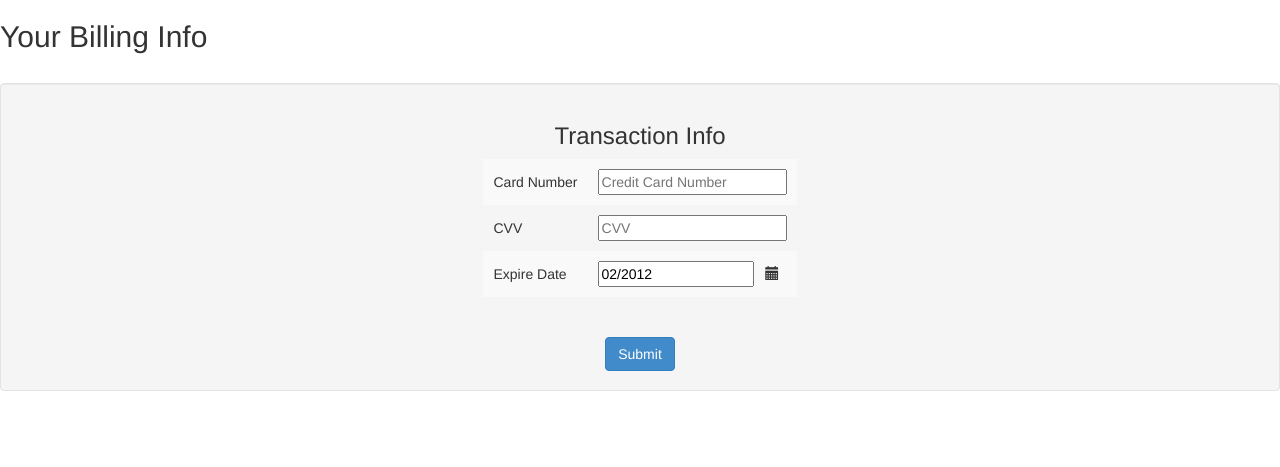
Repository: harshadrane89/CMPE273-WebService-AirlineManagement
Page: http://localhost/AirlineManagementSystemClient/TwitterGUI/TransactionInfo.jsp
An editor plug-in stored every save of this project. The page is shown before and after a run of saves, followed by the edit.
The browser window is 1280 px wide. The pictures show the whole page.
The page is served by Tomcat 9.

Above is the page before, as saved 2013-12-07 08:29:44.

After the next 2 saves:
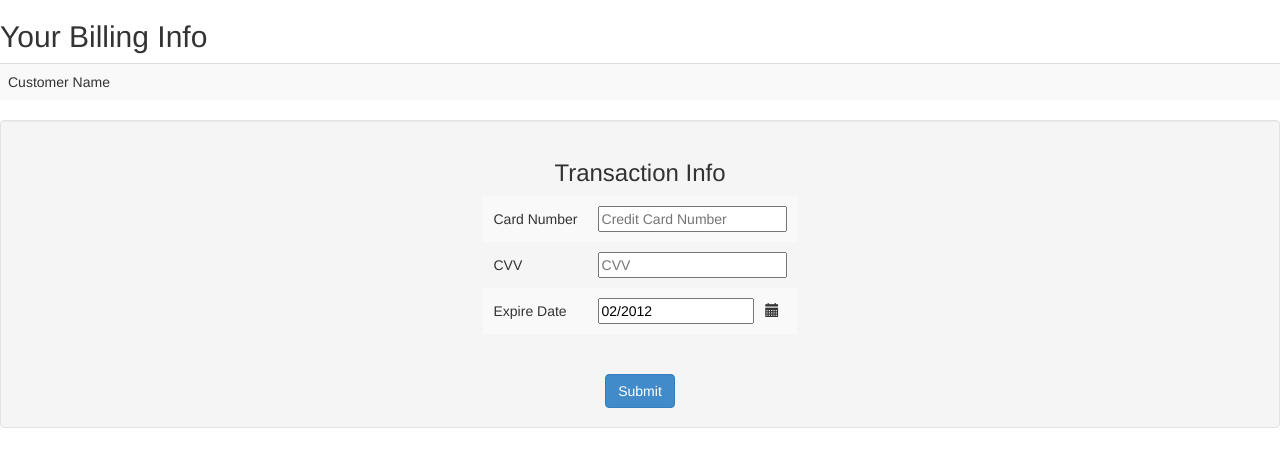
The 2 saves are shown as one change because they came seconds apart.
The last was saved 23 s later.
--- a/273_Project_Tomcat/AirlineManagementSystemClient/WebContent/TwitterGUI/TransactionInfo.jsp
+++ b/273_Project_Tomcat/AirlineManagementSystemClient/WebContent/TwitterGUI/TransactionInfo.jsp
@@ -16,7 +16,9 @@
 
 	<table class="table table-striped">
 		<tr>
-
+			<td>
+				Customer Name
+			</td>
 		</tr>
 
 	</table>
